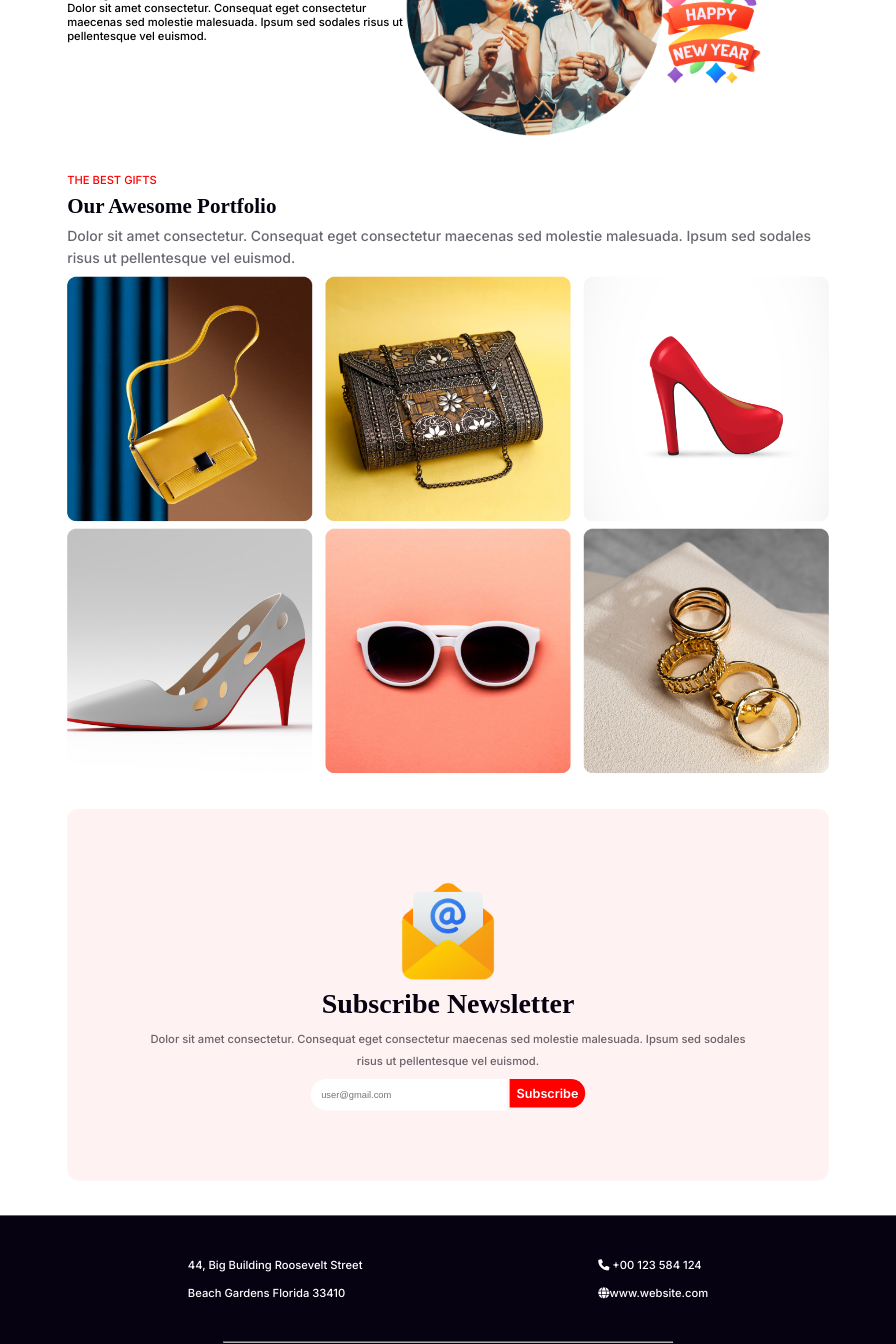
Repository: sumonkumarsarkar/new-year-2024
Page: index.html
These files come from the project's save history. The page is drawn as it stood at one moment and after the next save; the edit follows.
The browser window is 1280 px wide. The pictures show the part of the page from y = 2606 to 4526 px (the page is 4879 px tall before and 4865 px after), at 70% of full size.

Above is the page before, as saved 2024-01-08 16:11:34.

### index.html
<!DOCTYPE html>
<html lang="en">
  <head>
    <meta charset="UTF-8" />
    <meta name="viewport" content="width=device-width, initial-scale=1.0" />
    <title>Happy Nwe Year-2024</title>
    <link rel="preconnect" href="https://fonts.googleapis.com" />
    <link rel="preconnect" href="https://fonts.gstatic.com" crossorigin />
    <link
      href="https://fonts.googleapis.com/css2?family=Inter:wght@100;200;300;500;600;700&display=swap"
      rel="stylesheet"
    />

    <link rel="stylesheet" href="https://cdnjs.cloudflare.com/ajax/libs/font-awesome/6.5.1/css/all.min.css" integrity="sha512-DTOQO9RWCH3ppGqcWaEA1BIZOC6xxalwEsw9c2QQeAIftl+Vegovlnee1c9QX4TctnWMn13TZye+giMm8e2LwA==" crossorigin="anonymous" referrerpolicy="no-referrer" />
    <link rel="stylesheet" href="/style.css" />
  </head>
  <body>
    <!-- banner-section start  -->
    <header>
      <div class="container banner">
        <div class="heading-text">
          <h4>Happy New Year</h4>
          <h3>New Year Party Celebration</h3>
        </div>
      </div>
    </header>
    <!-- banner-section end  -->

    <!-- holiday deal start  -->
    <section id="holiday-deal">
      <div class="container-holiday">
        <div class="holiday-text">
          <h2>65% OFF</h2>
          <p>OUR HOLIDAY DEALS ARE BETTER</p>
          <h4>ALL CATEGORIES</h4>
        </div>
        <div class="holiday-img">
          <img src="./image/New Year Photo.png" alt="" />
        </div>
      </div>
    </section>
    <!-- holiday deal end  -->

    <section id="midnight-section">
      <div class="container midnight-banner">
        <div class="midnight-content">
          <div class="midnight-text">
            <h3>Welcome to midnight party</h3>
            <p>
              Dolor sit amet consectetur. Consequat eget consectetur maecenas
              sed molestie malesuada. Ipsum sed sodales risus ut pellentesque
              vel euismod.
            </p>
            <button type="button">JOIN NOW</button>
          </div>
          <div class="midmight-img">
            <img src="./image/Group 70.png" alt="" />
          </div>
        </div>
      </div>
    </section>

     <!-- park hotel start  -->
<section id="park-hotel">
    <div class="container park-hotel-text">
     <p>Place: New Park Hotel</p>
     <p>Date: 31 December Night 2023</p>
     <p>Time: Evening 7.30 pm to 12.30 am</p>
     <button class="park-hotel-button" type="button">JOIN NOW</button>
    </div>
</section>
 <!-- park hotel end  -->


 <!-- best offer start  -->
 <section id="best-offer">
    <div class="container best-banner">
        <div class="best-offer-text">
            <div class="offer-text">
                <h5>NEW BEST OFFER</h5>
                <h4>Coming Soon</h4>
                <p>Dolor sit amet consectetur. Consequat eget consectetur maecenas sed molestie malesuada. Ipsum sed sodales risus ut pellentesque vel euismod. </p>
            </div>
            <div class="offer-img">
                <img src="./image/Ellipse 1.png" alt="">
            </div>
            <div class="offer-text-img">
                <h3>2024</h3>
                <p>Dolor sit amet consectetur. Consequat eget consectetur maecenas sed.</p>
                <img src="./image/Group 96.png" alt="">
            </div>

        </div>
    </div>
 </section>

 <!-- best offer end  -->



 <!-- portfolio section start  -->

<section id="fortfolio">
    <div class="container">
        <div class="protfolio-text-image">
            <div class="protfolio-text">
                   <h5>THE BEST GIFTS</h5>
                   <h4>Our Awesome Portfolio</h4>
                   <p>Dolor sit amet consectetur. Consequat eget consectetur maecenas sed molestie malesuada. Ipsum sed sodales risus ut pellentesque vel euismod. </p>
            </div>
            <div class="protfolio-image">
                <div class="image-div">
                    <img src="./image/Rectangle 3.png" alt="">
                    <img src="./image/Rectangle 4.png" alt="">
                    <img src="./image/Rectangle 5.png" alt="">
                </div>
                <div class="image-div">
                    <img src="./image/Rectangle 6.png" alt="">
                    <img src="./image/Rectangle 7.png" alt="">
                    <img src="./image/Rectangle 8.png" alt="">
                </div>

            </div>
        </div>
    </div>
</section>
 <!-- portfolio section end -->



 <section id="subscribe">
    <div class="container subscribe-banner">
        <div class="subscribe-content">
           <div class="subscribe-image">
            <img src="./image/Group 61.png" alt="">
           </div>
           <div class="subscribe-text">
            <h3>Subscribe Newsletter</h3>
            <p>Dolor sit amet consectetur. Consequat eget consectetur maecenas sed molestie malesuada. Ipsum sed sodales risus ut pellentesque vel euismod.</p>
           </div>

           <div class="subscribe-input">
            <input  type="email" placeholder="user@gmail.com">
            <button class="subscribe-button" type="submit">subscribe</button>
           </div>
        </div>
    </div>
 </section>

 <footer>
    <div class="footer-cntainer">
        <div class="footer-text">
            <div class="nornal-text">
                <p>44, Big Building Roosevelt Street</p>
                    <p>Beach Gardens Florida 33410</p>
            </div>
            <div class="icon-text">
                <p><span><i class="fa-solid fa-phone"></i></span> +00 123 584 124</p>
                <p><span><i class="fa-solid fa-globe"></i></span>www.website.com</p>
            </div>
        </div>
        <hr>
        <div class="icon-img">
           <img src="./image/Facebook.png" alt="">
           <img src="./image/Instagram.png" alt="">
           <img src="./image/Twitter.png" alt="">
           <img src="./image/Linkedin.png" alt="">
        </div>
       <div class="footer-last-text">
         <p>017, All Rights Reserved</p>
          <p>unsubscribe</p>
       </div>

    </div>
 </footer>


  </body>
</html>

### style.css
* {
    margin: 0;
    padding: 0;
}

body {
    font-family: "Inter", sans-serif;
    width:100%;
    max-width:1320px;
}

/* banner section end  */
.container {
    max-width: 1140px;
    width: 85%;
    margin: 50px auto;
}

.banner {
    background-image: url(./image/Banner\ Image.png);
    background-position: center;
    background-repeat: no-repeat;
    background-size: cover;
}

.heading-text {
    text-align: center;
    justify-content: center;
    padding: 177px 300px;
}

.heading-text h3 {
    color: #fff;
    text-align: center;
    font-family: Merriweather;
    font-size: 50px;
    font-style: normal;
    font-weight: 900;
}

.heading-text h4 {
    color: #fff;
    text-align: center;
    font-family: Merriweather;
    font-size: 25px;
    font-style: normal;
    font-weight: 400;
    line-height: normal;
}

/* banner section end  */

/* holiday -section start  */
.container-holiday {
    width: 85%;
    max-width: 680px;
    margin: 0 auto;
}

.holiday-text {
    text-align: center;
    justify-content: center;
    padding: 50px 50px;
    margin: 50px;
}

.holiday-text h2 {
    color: #f00;
    text-align: center;
    font-family: Inter;
    font-size: 70px;
    font-style: normal;
    font-weight: 700;
    line-height: normal;
}

.holiday-text p {
    color: #f00;

    text-align: center;
    font-family: Inter;
    font-size: 20px;
    font-style: normal;
    font-weight: 500;
    line-height: normal;
}

.holiday-text h4 {
    color: #070211;

    text-align: center;
    font-family: Inter;
    font-size: 35px;
    font-style: normal;
    font-weight: 700;
    line-height: normal;
}

.holiday-img {
    text-align: center;
    justify-content: center;
    width: 680px;
    height: 500px;
}

/* holiday -section start  */

/* midnight party start  */

.midnight-banner {
    background-image: url("./image/Vectorrr.png");
    background-position: center;
    background-repeat: no-repeat;
    background-size: cover;
}

.midnight-content {
    display: flex;
    justify-content: space-between;
    align-items: center;
}

.midnight-text {
    padding: 50px 0px 50px 50px;
    align-items: center;
}

.midnight-text h3 {
    align-items: center;
    color: #fff;
    font-family: Merriweather;
    font-size: 80px;
    font-style: normal;
    font-weight: 900;


}

.midnight-text p {
color: rgba(255, 255, 255, 0.80);
font-family: Inter;
font-size: 10px;
font-style: normal;
font-weight: 400;
line-height: 30px;
}

button {
    color: #FFF;
    text-align:center;
    font-family: Inter;
    font-size: 14px;
    font-style:normal;
    font-weight: 400;
    line-height: normal;
    text-transform:uppercase;
    background: #070211;
    border:none;
    padding: 10px 10px;
}

.midmight-img{
    padding:50px 50px ;
}

/* midnight party end */




/* park hotel start */

.park-hotel-text{
 background: linear-gradient(180deg, rgba(255, 0, 0, 0.10) 0%, rgba(255, 0, 0, 0.00) 100%);
 text-align: center;
 margin:0 auto;
 padding: 100px 0px;
}

.park-hotel-button{
color: #FFF;
text-align: center;
font-family: Inter;
font-size: 13px;
font-style: normal;
font-weight: 700;
line-height: normal;
text-transform: uppercase;
background: #f00;
margin-top: 20px;


}
/* park hotel end */


/* best offer start  */

.best-offer-text{
    display: flex;
    justify-content: space-between;
    align-items: center;
}
.best-banner{
    background: #FFF;
    margin-top: 50px;
}


/* best offer end */



/* portfolio section start  */

.protfolio-text h5{
    color: #F00;
font-family: Inter;
font-size: 16px;
font-style: normal;
font-weight: 500;
line-height: normal;
margin-bottom: 10px;
}
.protfolio-text h4{
    color: #070211;
    font-family: Merriweather;
    font-size: 30px;
    font-style: normal;
    font-weight: 900;
    line-height: normal;
    text-transform: capitalize;
    margin-bottom: 10px;
}
.protfolio-text p{
color: rgba(7, 2, 17, 0.60);
font-family: Inter;
font-size: 20px;
font-style: normal;
font-weight: 400;
line-height: 32px;
margin-bottom: 10px;
}
.image-div{
    display: flex;
    justify-content:space-between;
    margin: 10px 0;

}

.image-div img{
   width:350px;
   height: 350px;

}
/* portfolio section end  */


/* subscribe section start  */

.subscribe-banner{
border-radius:16px;
background: rgba(255, 0, 0, 0.05);

}
.subscribe-content{
padding:100px 0;
text-align: center;
}
.subscribe-text h3{
color: #070211;
text-align: center;
font-family: Merriweather;
font-size:40px;
font-style: normal;
font-weight: 900;
line-height: normal;
text-transform: capitalize;
}
.subscribe-text p{
    color: rgba(7, 2, 17, 0.60);
    text-align: center;
    font-family: Inter;
    font-size: 16px;
    font-style: normal;
    font-weight: 400;
    line-height: 32px;
    padding: 10px 100px;
}

.subscribe-button{
color: #FFF;
text-align: center;
font-family: Inter;
font-size: 18px;
font-style: normal;
font-weight: 600;
line-height: normal;
text-transform: capitalize;
background: #F00;
border-radius:0px 50px 50px 0px;

}

.subscribe-input input{
display:inline-block;
border:none;
padding:15px;
width: 250px;
border-radius:50px 0px 0px 50px;
}
/* subscribe section end  */



/* footer section start  */
.footer-cntainer{
    width:100%;
    max-width:1320px;
    background: #070211;


}
.nornal-text p{
font-size: 16px;
font-style: normal;
font-weight: 500;
line-height: 40px;
color: #FFF;
}
.footer-text{
    display: flex;
    margin: 0 auto;
    justify-content: space-around;
    padding:50px 100px;


}
.icon-img{
    display: flex;
    justify-content: center;
    align-items: center;
    margin-top:50px;
}
.icon-img img{
    margin: 10px;
}
.icon-text{
 font-size: 16px;
font-style: normal;
font-weight: 500;
line-height: 40px;
color: #FFF;
}

.footer-last-text{
    display: flex;
    justify-content: space-between;
}
.footer-last-text p{
padding: 100px;
font-size: 16px;
font-style: normal;
font-weight: 500;
line-height: normal;
color: #FFF;
}
hr{
    width: 50%;
    color: #8f3f3f;
    margin: 0 auto;

}

/* footer section end  */

After the next save:
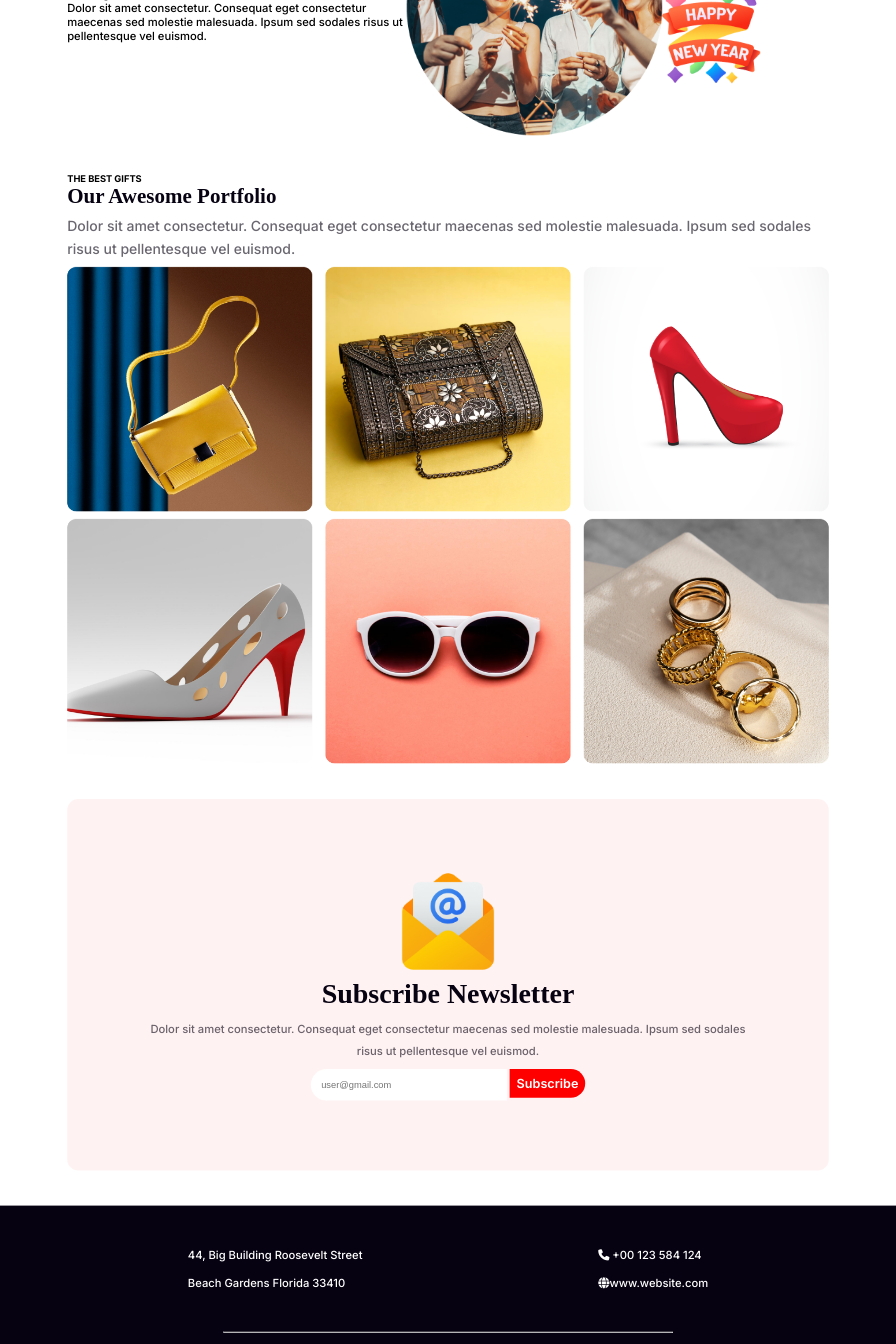
Saved 2 min 38 s later.
--- a/style.css
+++ b/style.css
@@ -205,6 +205,7 @@
     background: #FFF;
     margin-top: 50px;
 }
+.offer-text
 
 
 /* best offer end */

After the save that followed:
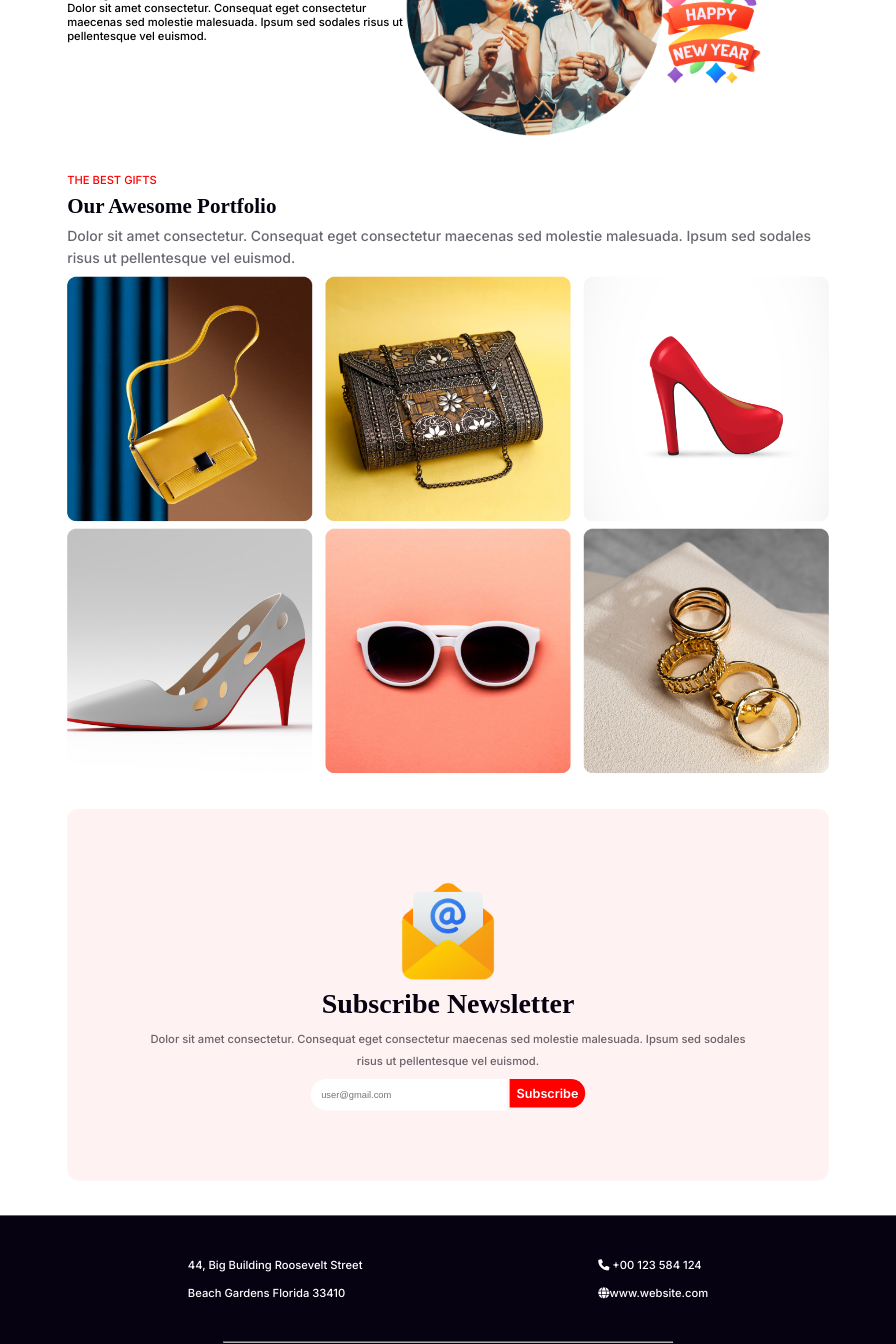
Saved 16 s later.
--- a/style.css
+++ b/style.css
@@ -205,7 +205,9 @@
     background: #FFF;
     margin-top: 50px;
 }
-.offer-text
+.offer-text h5{
+
+}
 
 
 /* best offer end */
